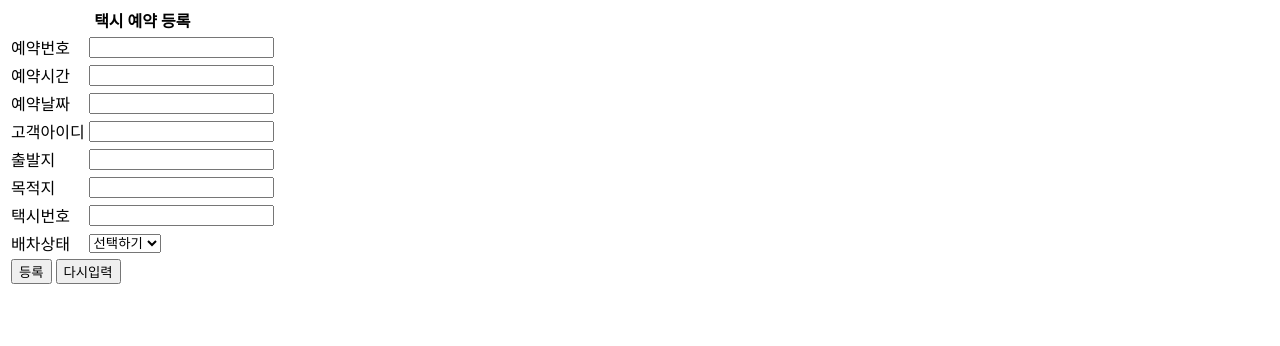
Repository: khs220507/WebClass
Page: http://localhost/prj0829_taxi_practice/register.jsp
The author's editor kept a copy of each file at every save. The page is drawn from the files as they stood at one save, then again after the next save.
The browser window is 1280 px wide. The pictures show the whole page.
The page is served by Tomcat 9.

Above is the page before, as saved 2023-08-29 05:21:55.

After the next save:
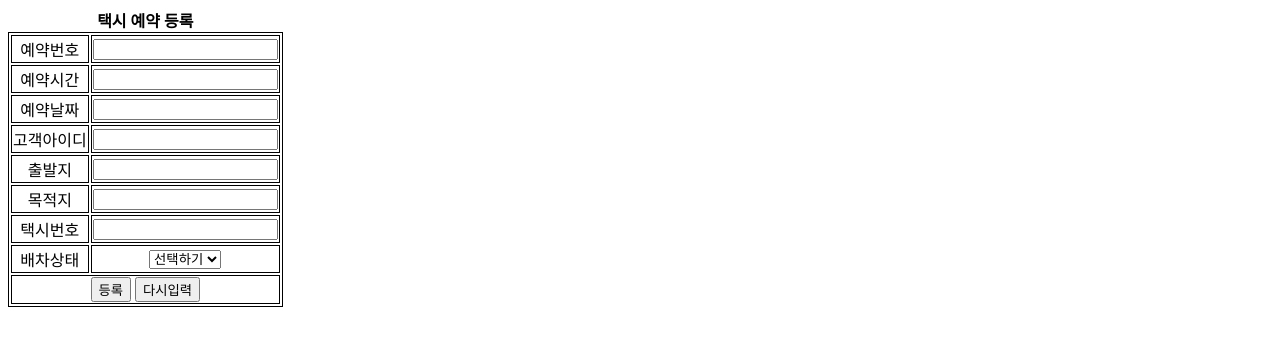
Saved 21 s later.
--- a/prj0829_taxi_practice/src/main/webapp/register.jsp
+++ b/prj0829_taxi_practice/src/main/webapp/register.jsp
@@ -5,6 +5,57 @@
 <head>
 <meta charset="UTF-8">
 <title>Insert title here</title>
+
+<link href="./css/register_taxi.css" rel="stylesheet" />
+	<script>
+		function check() {
+
+			let taxi_form = document.taxi_form;
+			let regno = taxi_form.regno;
+			let regtime = taxi_form.regtime;
+			let regdate = taxi_form.regdate;
+			let id = taxi_form.id;
+			let startpoint = taxi_form.startpoint;
+			let destination = taxi_form.destination;
+			let taxino = taxi_form.taxino;
+			let state = taxi_form.state;
+
+			if (regno.value == "") {
+				alert("예약번호를 입력하세요!");
+				regno.focus();
+				return false;
+			} else if (regtime.value == "") {
+				alert("예약시간을 입력하세요!");
+				regtime.focus;
+				return false;
+			} else if (regdate.value == "") {
+				alert("예약날짜를 입력하세요!");
+				regdate.focus;
+				return false;
+			} else if (id.value == "") {
+				alert("아이디를 입력하세요!");
+				id.focus;
+				return false;
+			} else if (startpoint.value == "") {
+				alert("시작지점을 입력하세요!");
+				startpoint.focus;
+				return false;
+			} else if (destination.value == "") {
+				alert("도착지점을 입력하세요!");
+				destination.focus;
+				return false;
+			} else if (taxino.value == "") {
+				alert("택시번호를 입력하세요!");
+				taxino.focus;
+				return false;
+			} else if (state.value == "선택하기") {
+				alert("배차상태를 선택하세요!");
+				state.focus;
+				return false;
+			}
+			return true;
+		}
+	</script>
 </head>
 <body>
 
